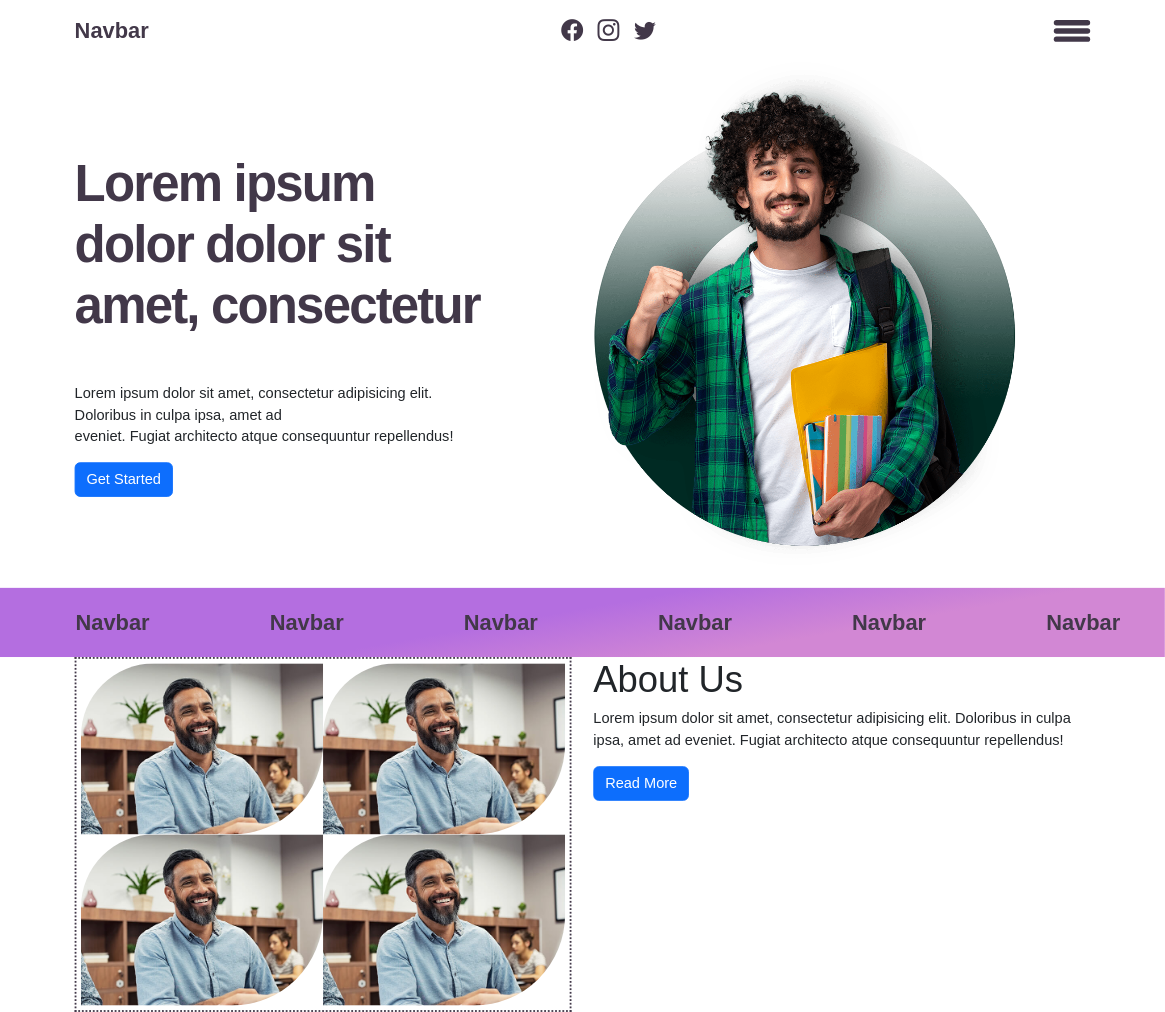
Repository: tagnam/project27012025
Page: index.html
The author's editor kept a copy of each file at every save. The page is drawn from the files as they stood at one save, then again after a run of saves.
The browser window is 1280 px wide. The pictures show the whole page, at 91% of full size.

Above is the page before, as saved 2025-01-27 16:33:24.

After the next 2 saves:
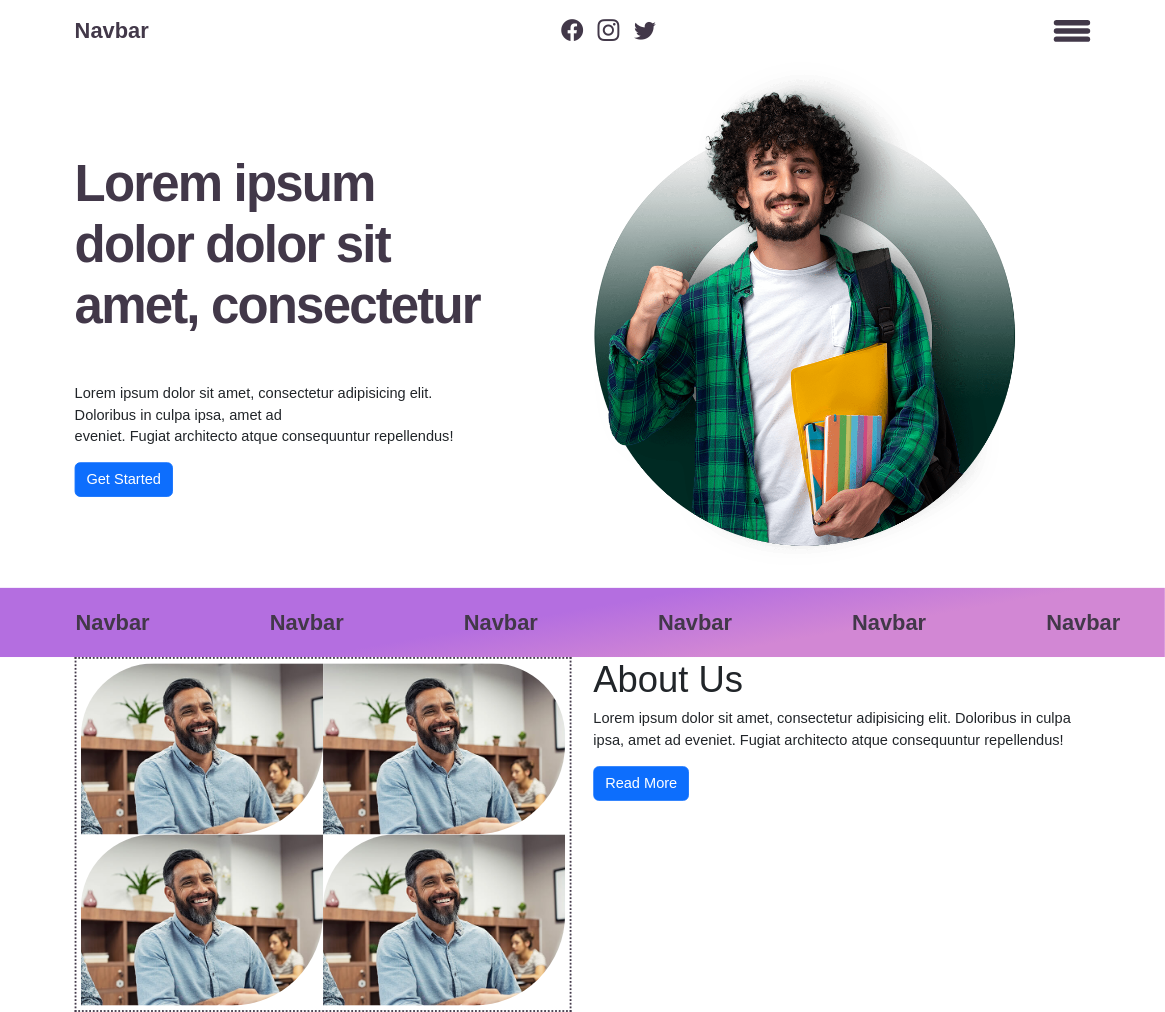
The 2 saves are shown as one change because they came seconds apart.
The last was saved 15 s later.
--- a/style/css/index.css
+++ b/style/css/index.css
@@ -105,7 +105,7 @@ width: 100%;
 
 
 .about-row-img-02{
-    border-top-left-radius: 80px;
+    border-top-right-radius: 80px;
     border-bottom-right-radius: 100px;
 }
 
